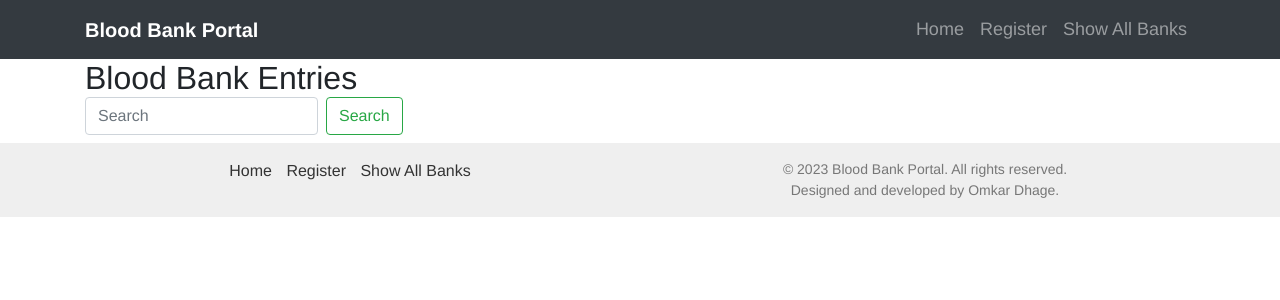
Repository: omi4535/Decentralized_Blood_Bank_System
Page: http://localhost/blood_bank_system/banks
An editor plug-in stored every save of this project. The page is shown before and after the next save, followed by the edit.
The browser window is 1280 px wide. The pictures show the whole page.
Some web libraries are served in a nearby version. The page is served by Tomcat 9. Other server files are loaded and not shown. Queries for data that is not in the repository find no rows.

Above is the page before, as saved 2023-07-03 15:40:54.

### blood bank system/src/main/webapp/All_banks.jsp
<%@ page language="java" contentType="text/html; charset=UTF-8"
	pageEncoding="UTF-8"%>
<%@ taglib prefix="c" uri="http://java.sun.com/jsp/jstl/core"%>
<%@ taglib prefix="fmt" uri="http://java.sun.com/jsp/jstl/fmt"%>
<!DOCTYPE html>
<html lang="en">
<head>
<meta charset="UTF-8">
<meta name="viewport" content="width=device-width, initial-scale=1.0">
<title>Blood Bank Entries</title>
<link rel="stylesheet"
	href="https://maxcdn.bootstrapcdn.com/bootstrap/4.5.2/css/bootstrap.min.css">
</head>
<style>
.card{
	background-color:black;
}

</style>
<body>
	<%@ include file="NavBar.jsp"%>
	<div class="container">
	 <div class=" navbar-collapse" >
		<h2>Blood Bank Entries
		<form class="form-inline my-2 my-lg-0">
      <input class="form-control mr-sm-2" type="search" placeholder="Search" aria-label="Search">
      <button class="btn btn-outline-success my-2 my-sm-0" type="submit">Search</button>
    </form>
    </h2>
    </div>
		<div class="container">
			<c:forEach items="${bloodBanks}" var="bloodBank">
				<div class="row" style="padding=10px;">
					<div class="col">
						<div class="card blood-bank-card border-danger mb-3">
							 <div class="card-header">
								<h2 class="card-title">Name : ${bloodBank.name}</h2>
								</div>
								<div class="card-body text-danger">
								<p class="card-text">Address : ${bloodBank.address}</p>
								<p class="card-text">Region : ${bloodBank.region}</p>
								<p class="card-text">Contact : ${bloodBank.contactNumber}</p>
								<p class="card-text">Email: ${bloodBank.email}</p>
							</div>
						</div>
					</div>
					<!-- Repeat the above code for each blood bank -->
				</div>
			</c:forEach>
		</div>

		<!--  <table class="table table-bordered">

            <tbody>
                <c:forEach items="${bloodBanks}" var="bloodBank">
                    <tr>
                        <td>${bloodBank.name}</td>
                        <td>${bloodBank.address}</td>
                        <td>${bloodBank.region}</td>
                        <td>${bloodBank.contactNumber}</td>
                        <td>${bloodBank.email}</td>
                    </tr>
                </c:forEach>
            </tbody>
        </table>-->
	</div>
	<%@ include file="footer.jsp"%>
	<script src="https://code.jquery.com/jquery-3.5.1.slim.min.js"></script>
	<script
		src="https://cdn.jsdelivr.net/npm/@popperjs/core@1.16.0/dist/umd/popper.min.js"></script>
	<script
		src="https://maxcdn.bootstrapcdn.com/bootstrap/4.5.2/js/bootstrap.min.js"></script>
</body>
</html>

### blood bank system/src/main/webapp/NavBar.jsp
<%@ page language="java" contentType="text/html; charset=UTF-8"
    pageEncoding="UTF-8"%>
<!DOCTYPE html>
<html>
<head>
    <meta charset="UTF-8">
    <meta name="viewport" content="width=device-width, initial-scale=1.0">
    <title>Blood Bank Portal</title>
    <link rel="stylesheet" href="https://maxcdn.bootstrapcdn.com/bootstrap/4.5.2/css/bootstrap.min.css">
    <style>
        .navbar-brand {
            font-weight: bold;
        }

        .navbar-nav .nav-link {
            font-size: 18px;
        }
    </style>
</head>
<body>
    <nav class="navbar navbar-expand-lg navbar-dark bg-dark">
        <div class="container">
            <a class="navbar-brand" href="index.jsp">Blood Bank Portal</a>
            <button class="navbar-toggler" type="button" data-toggle="collapse" data-target="#navbarNav" aria-controls="navbarNav" aria-expanded="false" aria-label="Toggle navigation">
                <span class="navbar-toggler-icon"></span>
            </button>
            <div class="collapse navbar-collapse" id="navbarNav">
                <ul class="navbar-nav ml-auto">
                    <li class="nav-item">
                        <a class="nav-link" href="#">Home</a>
                    </li>
                    <li class="nav-item">
                        <a class="nav-link" href="registration.jsp">Register</a>
                    </li>
                    <li class="nav-item">
                        <a class="nav-link" href="/all_banks">Show All Banks</a>
                    </li>
                </ul>

            </div>
        </div>
    </nav>

</body>
</html>

### blood bank system/src/main/webapp/footer.jsp
<%@ page language="java" contentType="text/html; charset=UTF-8"
	pageEncoding="UTF-8"%>
<!DOCTYPE html>
<html lang="en">
<head>
<meta charset="UTF-8">
<meta name="viewport" content="width=device-width, initial-scale=1.0">
<title>Blood Bank Portal</title>
<link rel="stylesheet"
	href="https://maxcdn.bootstrapcdn.com/bootstrap/4.5.2/css/bootstrap.min.css">
<style>

*,
*:before,
*:after {
  -webkit-box-sizing: border-box;
  -moz-box-sizing:    border-box;
  box-sizing:         border-box;
}

html {
  height: 100%;
}

body {
  position: relative;
  margin: 0;
  padding-bottom: 4rem;
  min-height: 100%;
  font-family: "Helvetica Neue", Arial, sans-serif;
}

.footer {
	background-color: #f8f9fa;
	padding: 20px;
	position: relative;
	right: 0;
	bottom: 0;
	left: 0;
	padding: 1rem;
	background-color: #efefef;
	text-align: center;
}

.footer-links a {
	color: #333;
	margin-right: 10px;
}

.footer-info {
	color: #777;
	font-size: 14px;
}
</style>
</head>
<body>


	<footer class="footer">
		<div class="container">
			<div class="row">
				<div class="col-md-6">
					<div class="footer-links">
						<a href="index.jsp">Home</a> <a href="registration.jsp">Register</a>
						<a href="All_banks.jsp">Show All Banks</a>
					</div>
				</div>
				<div class="col-md-6">
					<div class="footer-info">
						&copy; 2023 Blood Bank Portal. All rights reserved. <br>
						Designed and developed by Omkar Dhage.
					</div>
				</div>
			</div>
		</div>
	</footer>

	<script src="https://code.jquery.com/jquery-3.5.1.slim.min.js"></script>
	<script
		src="https://cdn.jsdelivr.net/npm/@popperjs/core@1.16.0/dist/umd/popper.min.js"></script>
	<script
		src="https://maxcdn.bootstrapcdn.com/bootstrap/4.5.2/js/bootstrap.min.js"></script>
</body>
</html>

### blood bank system/src/main/java/com/blood_bank_system/servlets/all_banks.java
package com.blood_bank_system.servlets;

import java.io.IOException;
import java.util.*;
import com.blood_bank_system.DAO.*;

import javax.servlet.RequestDispatcher;
import javax.servlet.ServletException;
import javax.servlet.annotation.WebServlet;
import javax.servlet.http.HttpServlet;
import javax.servlet.http.HttpServletRequest;
import javax.servlet.http.HttpServletResponse;
import javax.servlet.http.HttpSession;

import com.blood_bank_system.tables.blood_bank;

/**
 * Servlet implementation class all_banks
 */
@WebServlet("/banks")
public class all_banks extends HttpServlet {
	private static final long serialVersionUID = 1L;

	protected void service(HttpServletRequest request, HttpServletResponse response) throws ServletException, IOException {
		List<blood_bank> bank= new ArrayList<>();
		BloodBankDAO dao = new BloodBankDAO();
		try {
			bank = dao.getAllBloodBanks();
		} catch (ClassNotFoundException e) {
			// TODO Auto-generated catch block
			System.out.print("here is exception");
			e.printStackTrace();
		}
		HttpSession session = request.getSession();
		session.setAttribute("bloodBanks", bank);
		RequestDispatcher ds = request.getRequestDispatcher("All_banks.jsp");
		ds.forward(request, response);
	}

}

After the next save:
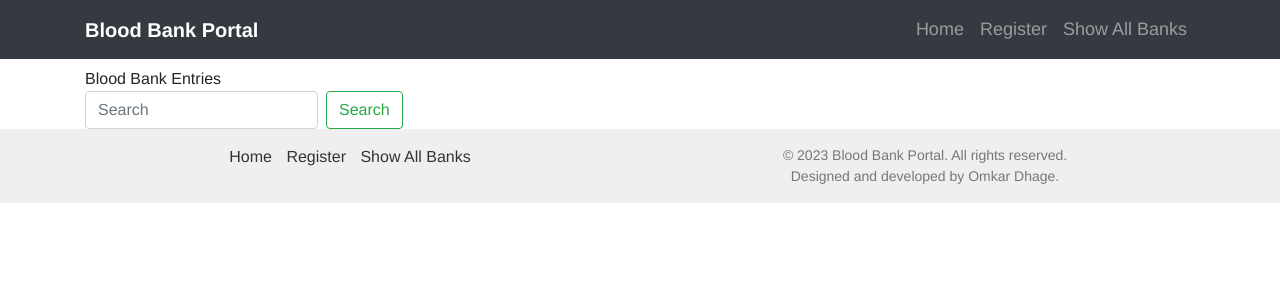
Saved 16 s later.
--- a/blood bank system/src/main/webapp/All_banks.jsp
+++ b/blood bank system/src/main/webapp/All_banks.jsp
@@ -20,8 +20,9 @@
 <body>
 	<%@ include file="NavBar.jsp"%>
 	<div class="container">
+	<h2></h2>
 	 <div class=" navbar-collapse" >
-		<h2>Blood Bank Entries
+		Blood Bank Entries
 		<form class="form-inline my-2 my-lg-0">
       <input class="form-control mr-sm-2" type="search" placeholder="Search" aria-label="Search">
       <button class="btn btn-outline-success my-2 my-sm-0" type="submit">Search</button>

After the save that followed:
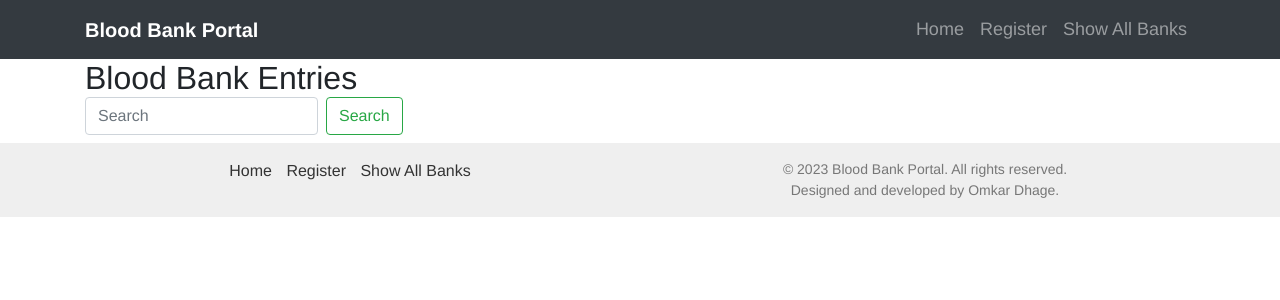
Saved 5 s later.
--- a/blood bank system/src/main/webapp/All_banks.jsp
+++ b/blood bank system/src/main/webapp/All_banks.jsp
@@ -20,7 +20,7 @@
 <body>
 	<%@ include file="NavBar.jsp"%>
 	<div class="container">
-	<h2></h2>
+	<h2>
 	 <div class=" navbar-collapse" >
 		Blood Bank Entries
 		<form class="form-inline my-2 my-lg-0">
